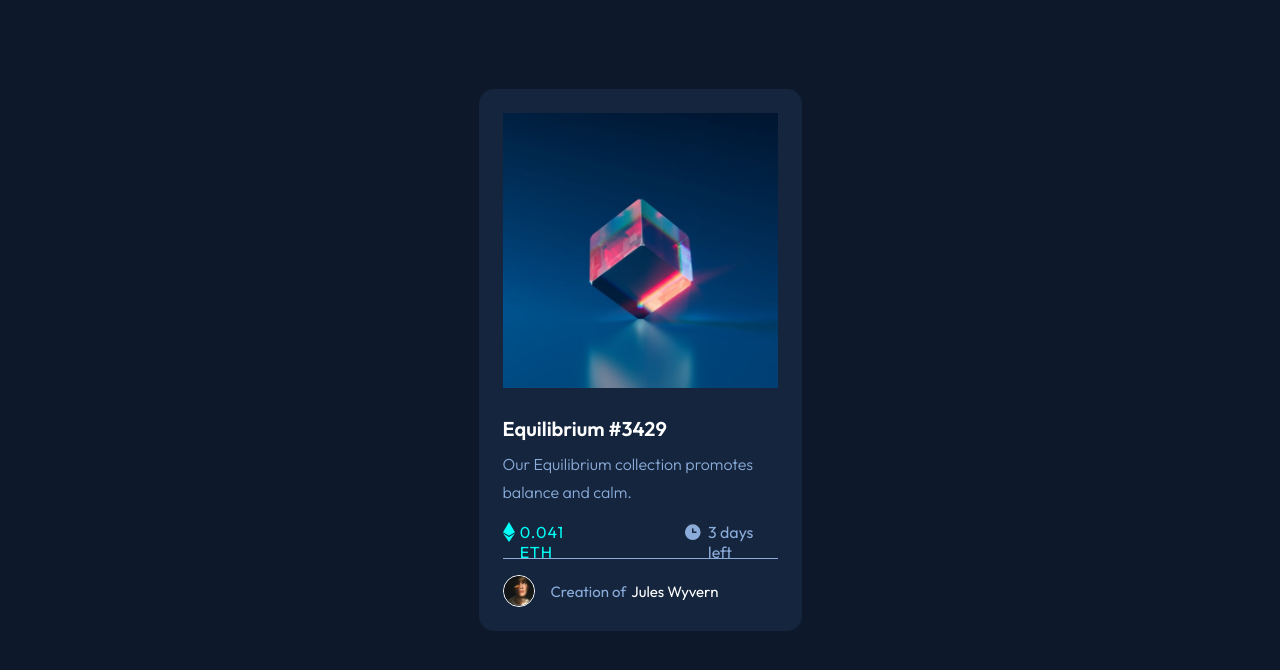
Repository: VAL1DOL-web/fm-NFT-preview-card-component
Page: index.html
These files come from the project's save history. The page is drawn as it stood at one moment and after the next save; the edit follows.
The browser window is 1280 px wide. The pictures show the whole page.
The pointer rests on the first visible `h3`.

Above is the page before, as saved 2024-01-07 15:53:22.

### index.html
<!DOCTYPE html>
<html lang="en">
<head>
  <meta charset="UTF-8">
  <meta name="viewport" content="width=device-width, initial-scale=1.0"> <!-- displays site properly based on user's device -->

  <link rel="icon" type="image/png" sizes="32x32" href="./images/favicon-32x32.png">
  <link rel="stylesheet" href="style.css">

  <title>NFT preview card component</title>

</head>
<body>
  <div class="card">
    <div class="image">
      <img src="images/image-equilibrium.jpg" alt="" class="mainImg" >
    </div>
    <h3>Equilibrium #3429</h3>
    <div class="description">
      Our Equilibrium collection promotes balance and calm.
    </div>
    <div class="price-days">
      <div class="price">
        <img src="images/icon-ethereum.svg" alt="">0.041 ETH
      </div>
      <div class="days"><img src="images/icon-clock.svg" alt="">3 days left</div>
    </div>
    <div class="creator">
      <img src="images/image-avatar.png" alt="" class="avatar">Creation of <span>Jules Wyvern</span>
    </div>
  </div>
</body>
</html>

### style.css
@import url('https://fonts.googleapis.com/css2?family=Outfit:wght@300;400;600&display=swap');

* {
    margin: 0;
    padding: 0;
  }
body {
    background: hsl(217, 54%, 11%);
    width: 100%;
    height: 100vh;
    color:white;
    display: flex;
    justify-content: center;
    align-items: center;
    font-family: 'Outfit', sans-serif;
  }
.card {
    background-color:hsl(216, 50%, 16%);
    border-radius:15px;
    width: 275px;
    padding: 1.5rem;
}
.image {
    position: relative;
}
.mainImg {
    width: 100%;
    height: 100%;
}
h3 {
    margin-top: 1.5rem;
    font-size:20px ;
    font-weight: 600;
}
.description {
    margin: 0.6rem 0 1rem 0;
    color:hsl(215, 51%, 70%);
    line-height: 28px;
    font-weight: 300;
}
.price-days {
    display: flex;
    justify-content: space-between;
    border-bottom: 1px solid hsl(215, 51%, 70%);
    padding-bottom:  1rem;
    margin-bottom: 1rem;
}
.price {
    display: flex;|
    align-items: center;
    color:hsl(178, 100%, 50%);
    font-style: 14px;
    letter-spacing: 1px;
}
.price img {
    margin-right: 5px;
}
.days {
    display: flex;|
    align-items: center;
    color:hsl(215, 51%, 70%);
    font-size: 16px;
}
.days img {
    margin-right: 5px;
}
.creator {
    display: flex;
    align-items: center;
    font-size: 15px;
    color:hsl(215, 51%, 70%)
}
.avatar {
    border:  1px solid white;
    border-radius: 50px;
    margin-right: 1rem;
    width: 30px;
}
span {
    color: white;
    margin-left: 5px;
}
.mainImg, h3 ,span {
    cursor: pointer;
}

After the next save:
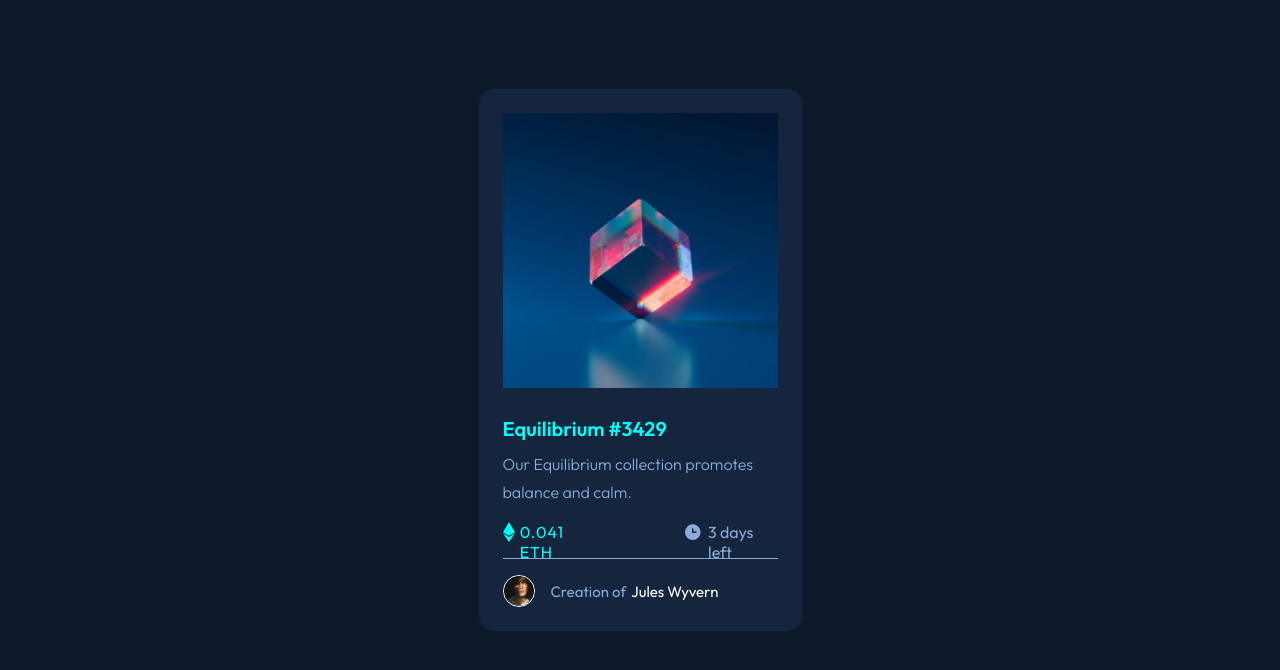
Saved 60 s later.
--- a/style.css
+++ b/style.css
@@ -83,3 +83,6 @@ span {
 .mainImg, h3 ,span {
     cursor: pointer;
 }
+h3:hover, span:hover {
+    color: hsl(178, 100%, 50%);
+}
